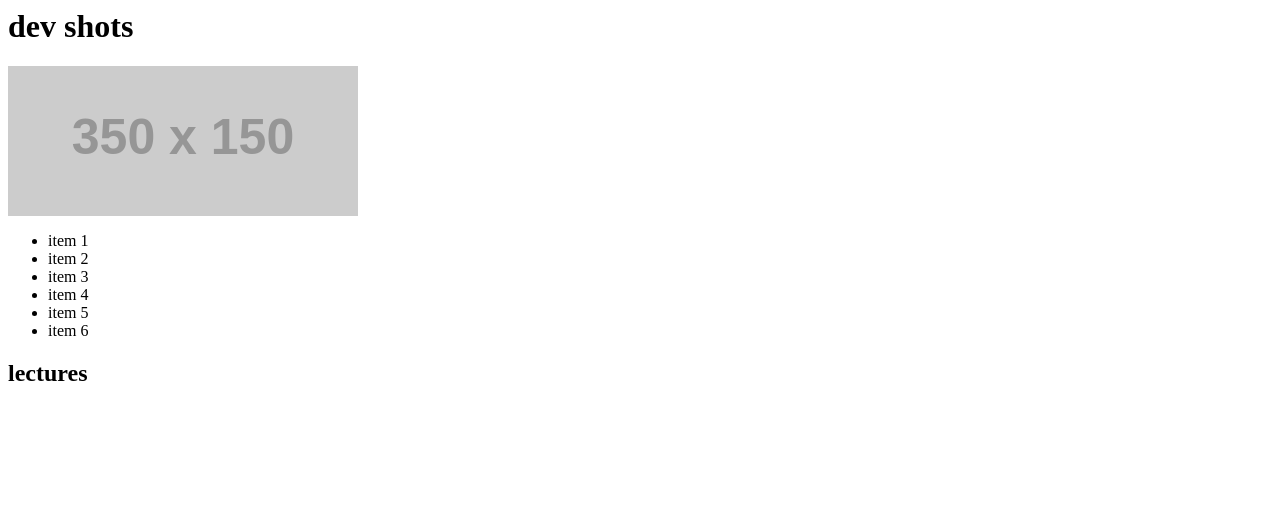
Repository: innaplx/exercises-devshots-html4-part1
Page: index.html
These files come from the project's save history. The page is drawn as it stood at one moment and after the next save; the edit follows.
The browser window is 1280 px wide. The pictures show the whole page.

Above is the page before, as saved 2018-08-17 18:22:42.

### index.html
<html>
    <head>
        <h1>dev shots</h1>
        <a href="https://placeholder.com"><img src="https://via.placeholder.com/350x150"></a>
        <nav>
            <ul>
                <li><a herf="#" titel="item 1">item 1</a></li>
                <li><a herf="#" titel="item 2">item 2</a></li>
                <li><a herf="#" titel="item 3">item 3</a></li>
                <li><a herf="#" titel="item 4">item 4</a></li>
                <li><a herf="#" titel="item 5">item 5</a></li>
                <li><a herf="#" titel="item 6">item 6</a></li>
            </ul>
        </nav>

    </head>

    <body>
        <h2>lectures</h2>
            <template><a href="https://placeholder.com"><img src="https://via.placeholder.com/50x50"></a>
            <text>Lorem ipsum dolor sit amet, id suas dictas apeirian mea. Per temporibus conclusionemque cu. Regione petentium cum ei, nec ea utroque habemus, ex paulo constituam eam. Ut ius porro vitae, dico integre eam cu. Intellegebat deterruisset mea te, eu consul nostrud corpora sit. Ut graece facilis vim.</text>
            </template>

    </body>
























</html>

After the next save:
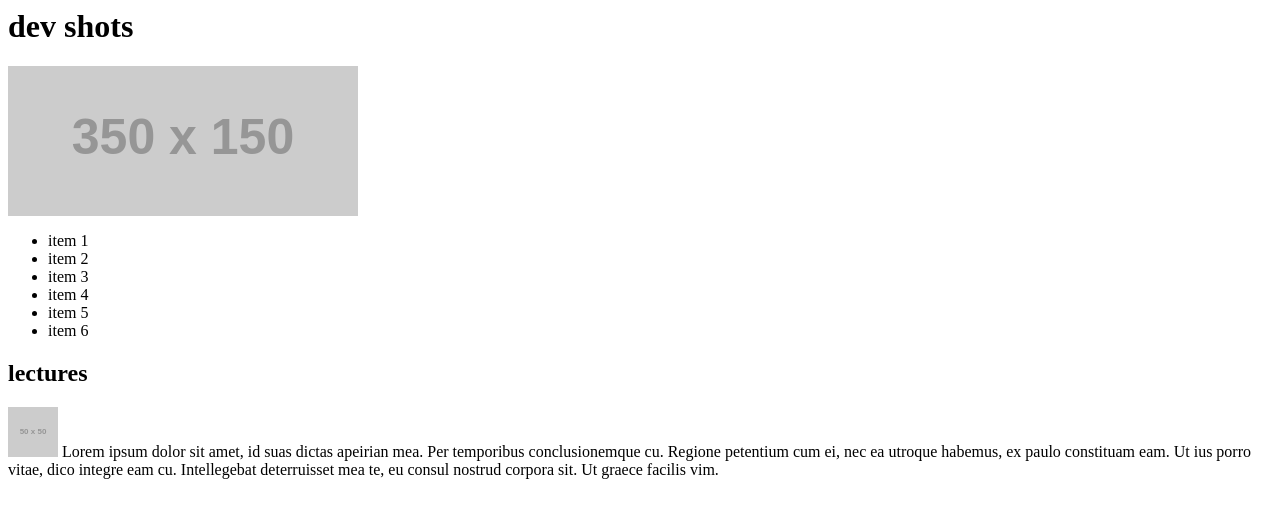
Saved 2 min 46 s later.
--- a/index.html
+++ b/index.html
@@ -17,9 +17,9 @@
 
     <body>
         <h2>lectures</h2>
-            <template><a href="https://placeholder.com"><img src="https://via.placeholder.com/50x50"></a>
+            <div><a href="https://placeholder.com"><img src="https://via.placeholder.com/50x50"></a>
             <text>Lorem ipsum dolor sit amet, id suas dictas apeirian mea. Per temporibus conclusionemque cu. Regione petentium cum ei, nec ea utroque habemus, ex paulo constituam eam. Ut ius porro vitae, dico integre eam cu. Intellegebat deterruisset mea te, eu consul nostrud corpora sit. Ut graece facilis vim.</text>
-            </template>
+            </div>
 
     </body>
 
